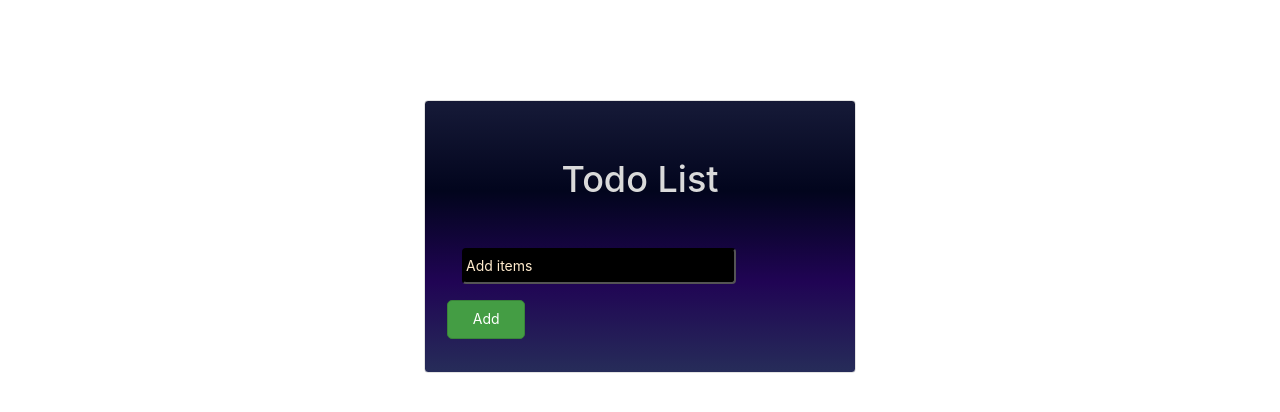
Repository: arpana23/Todo-list
Page: /
These files come from the project's save history. The page is drawn as it stood at one moment and after the next save; the edit follows.
The browser window is 1280 px wide. The pictures show the whole page.
The pointer rests on the first visible `.btn`.
Some web libraries are served in a nearby version. The project was rebuilt for these pictures with package versions that can differ from the ones it lists, and the page was loaded fresh each time. Also part of the build but not shown: src/Todolist.js.

Above is the page before, as saved 2021-04-15 17:55:32.

After the next save:
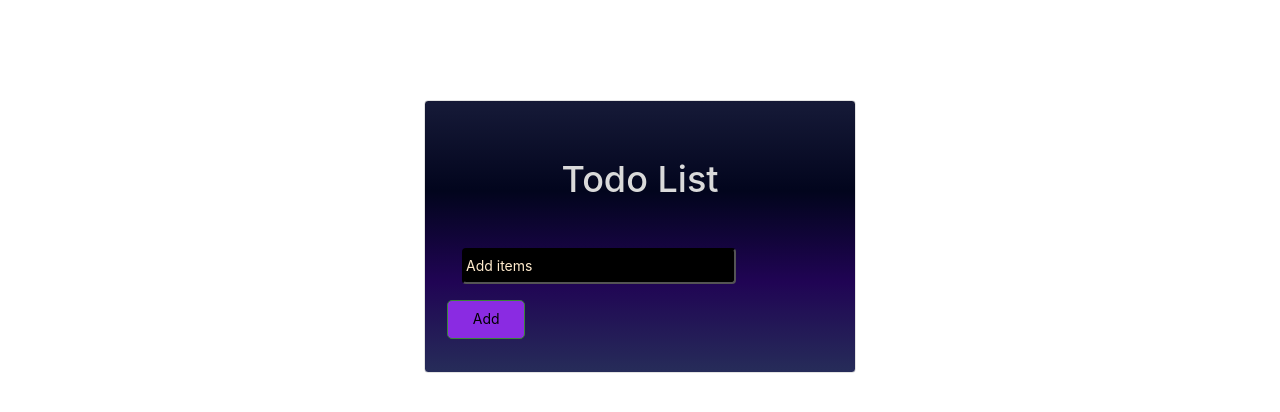
Saved 85 s later.
--- a/src/App.css
+++ b/src/App.css
@@ -45,6 +45,11 @@
   color: black;
 }
 
+.btn:hover {
+  background-color: blueviolet;
+  color: black;
+}
+
 .list-group {
   margin: 11px;
 }
